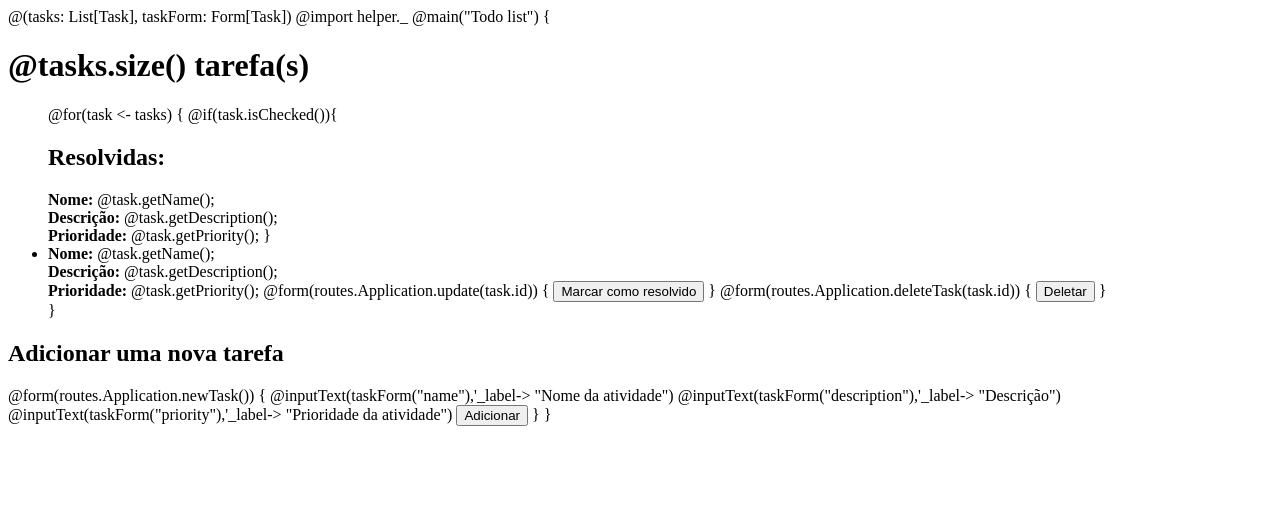
Repository: analuizamtg/si1
Page: lab2/todolist/.target/views/index.scala.html
The author's editor kept a copy of each file at every save. The page is drawn from the files as they stood at one save, then again after the next save.
The browser window is 1280 px wide. The pictures show the whole page.

Above is the page before, as saved 2013-11-26 22:37:11.

### lab2/todolist/.target/views/index.scala.html
@(tasks: List[Task], taskForm: Form[Task])

@import helper._

@main("Todo list") {

    <h1>@tasks.size() tarefa(s)</h1>

    <ul>
        @for(task <- tasks) {
        	@if(task.isChecked()){
        		<b><h2> Resolvidas: </h2></b>
        		<b>Nome:</b> @task.getName();
                <br>
                <b>Descrição:</b>  @task.getDescription();
                <br>
                <b>Prioridade:</b> @task.getPriority();
        	}
            <li>
                <b>Nome:</b> @task.getName();
                <br>
                <b>Descrição:</b>  @task.getDescription();
                <br>
                <b>Prioridade:</b> @task.getPriority();
                @form(routes.Application.update(task.id)) {
                    <input type="submit" value="Marcar como resolvido">
                }
                @form(routes.Application.deleteTask(task.id)) {
                    <input type="submit" value="Deletar">
                }
            </li>
        }
    </ul>

    <h2>Adicionar uma nova tarefa</h2>

    @form(routes.Application.newTask()) {

        @inputText(taskForm("name"),'_label-> "Nome da atividade")
        @inputText(taskForm("description"),'_label-> "Descrição")
        @inputText(taskForm("priority"),'_label-> "Prioridade da atividade")

        <input type="submit" value="Adicionar">

    }

}

After the next save:
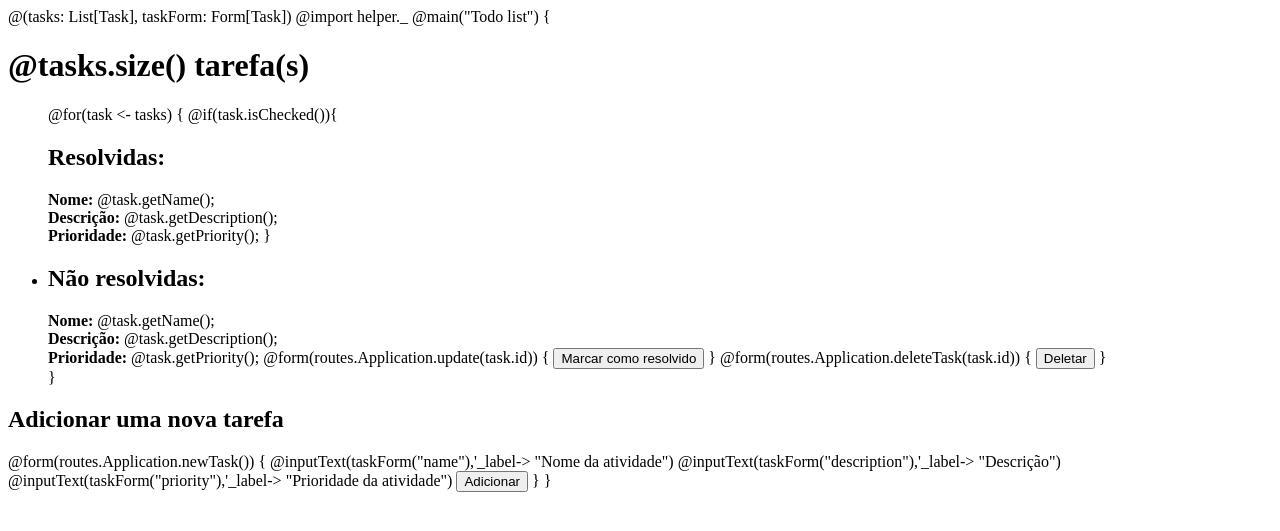
Saved 39 s later.
--- a/lab2/todolist/.target/views/index.scala.html
+++ b/lab2/todolist/.target/views/index.scala.html
@@ -16,7 +16,7 @@
                 <br>
                 <b>Prioridade:</b> @task.getPriority();
         	}
-            <li>
+            <li><b><h2> Não resolvidas: </h2></b>
                 <b>Nome:</b> @task.getName();
                 <br>
                 <b>Descrição:</b>  @task.getDescription();
